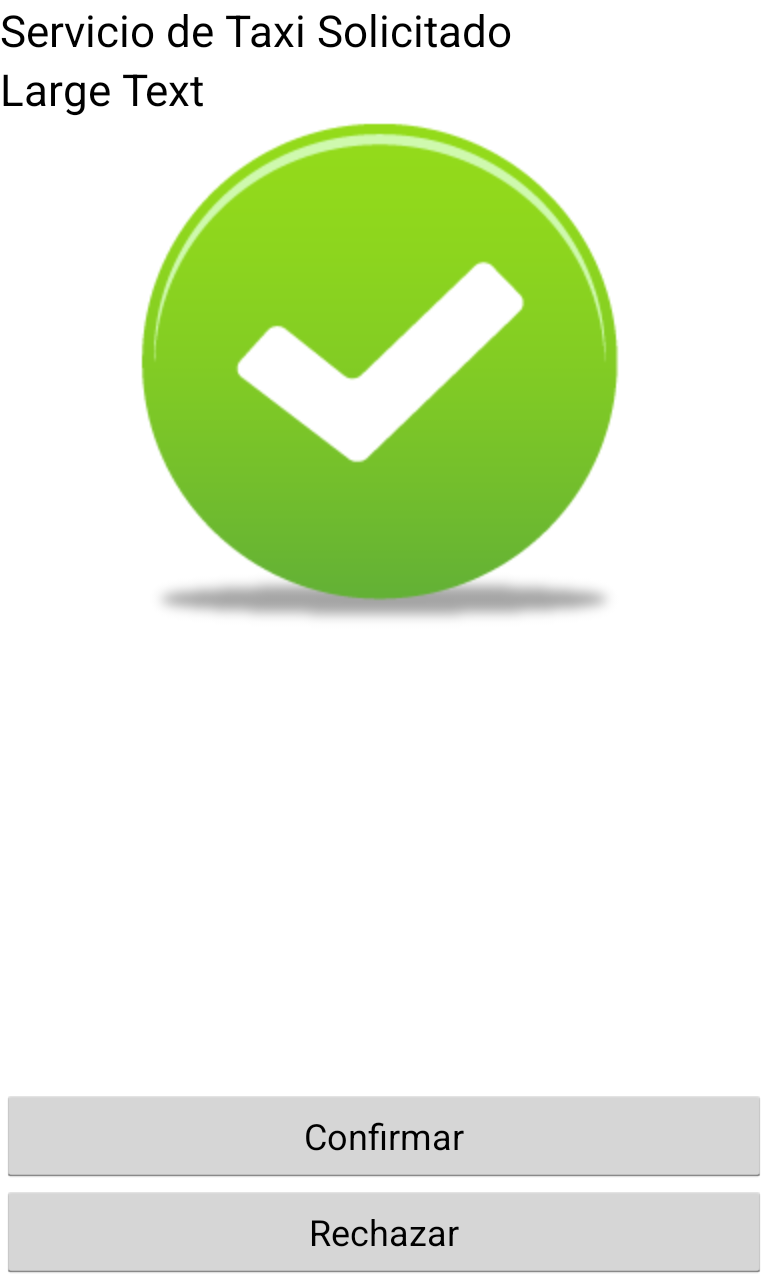
Repository: fernandohur/moviles
Layout: ClienteTaxista/res/layout/activity_confirmar_servicio.xml
An editor plug-in stored every save of this project. The layout is shown before and after the next save, followed by the edit.
It is drawn on a 768 x 1280 px phone screen (xhdpi) without system bars, with theme AppTheme; the app's code is not run.

Above is the layout before, as saved 2013-03-07 14:26:30.

After the next save:
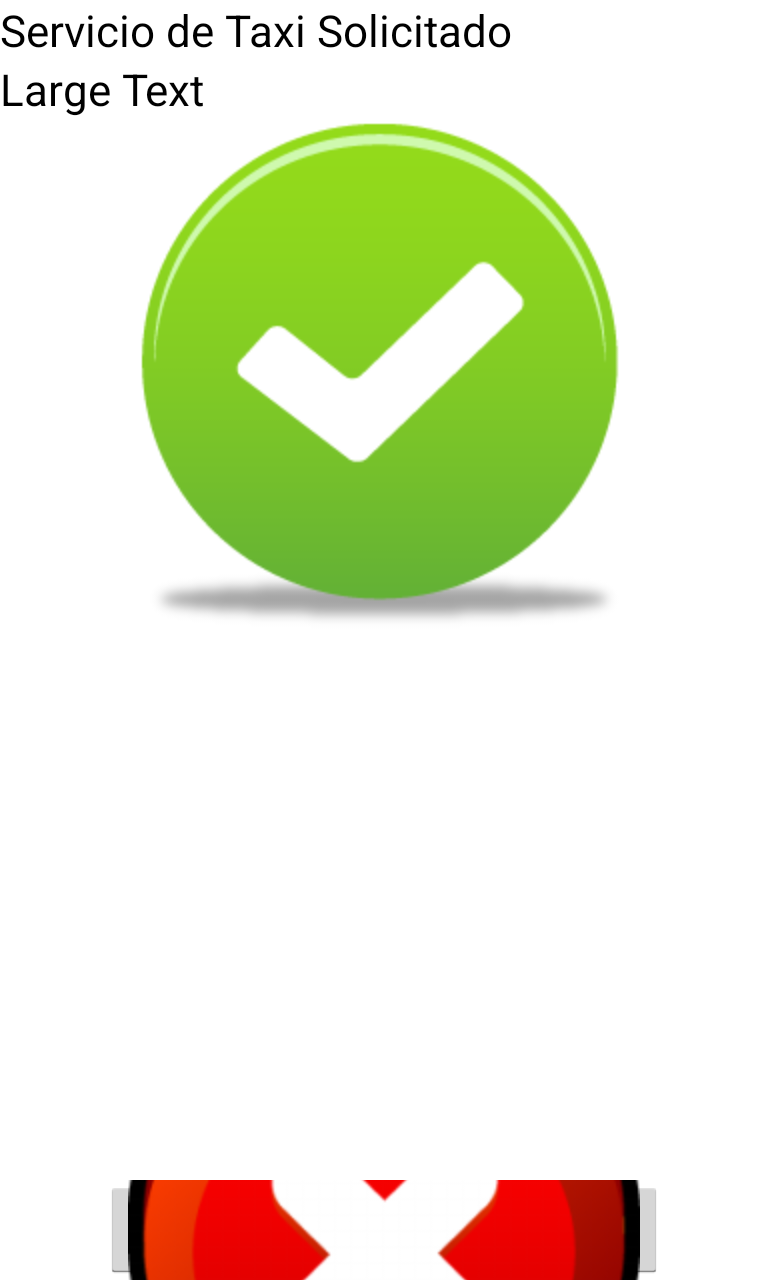
Saved 86 s later.
--- a/ClienteTaxista/res/layout/activity_confirmar_servicio.xml
+++ b/ClienteTaxista/res/layout/activity_confirmar_servicio.xml
@@ -22,23 +22,13 @@
         android:text="Large Text"
         android:textAppearance="?android:attr/textAppearanceLarge" />
 
-    <Button
-        android:id="@+id/btnRechazar"
+    <ImageButton
+        android:id="@+id/imageButton2"
         android:layout_width="wrap_content"
-        android:layout_height="wrap_content"
+        android:layout_height="50dp"
         android:layout_alignParentBottom="true"
-        android:layout_alignParentLeft="true"
-        android:layout_alignParentRight="true"
-        android:text="Rechazar" />
-
-    <Button
-        android:id="@+id/btnConfirmar"
-        android:layout_width="wrap_content"
-        android:layout_height="wrap_content"
-        android:layout_above="@+id/btnRechazar"
-        android:layout_alignParentLeft="true"
-        android:layout_alignParentRight="true"
-        android:text="Confirmar" />
+        android:layout_centerHorizontal="true"
+        android:src="@drawable/cancelbutton" />
 
     <ImageButton
         android:id="@+id/imageButton1"
